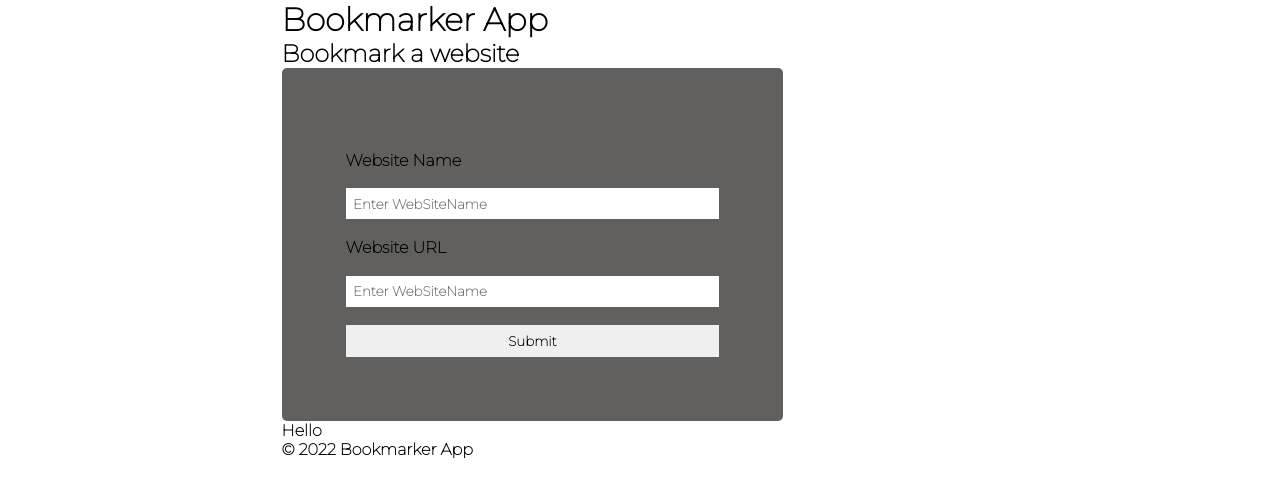
Repository: Suporl9/BookMarkerApp
Page: index.html
These files come from the project's save history. The page is drawn as it stood at one moment and after the next save; the edit follows.
The browser window is 1280 px wide. The pictures show the whole page.

Above is the page before, as saved 2021-11-21 20:46:44.

After the next save:
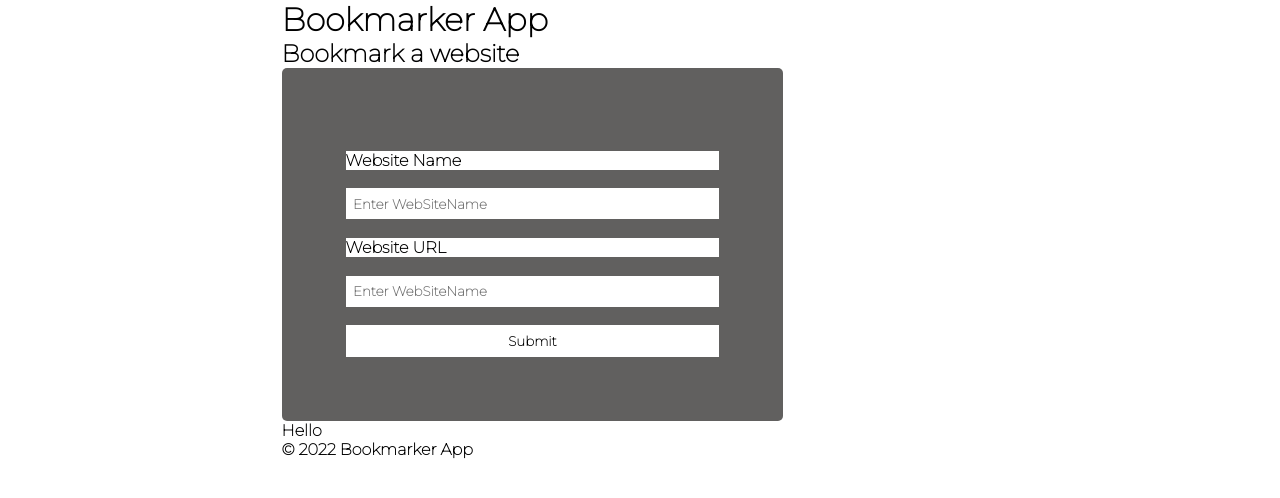
Saved 33 s later.
--- a/style.css
+++ b/style.css
@@ -5,7 +5,7 @@
   --main-grey: rgb(97, 96, 95);
 }
 * {
-  /* background-color: var(--main-bg-color); */
+  background-color: var(--main-bg-color);
   font-family: "Montserrat", sans-serif;
   box-sizing: border-box; /* includes padding in height and width(the box outside doesnot get bigger when adding padding and stuff)*/
   margin: 0;
@@ -14,7 +14,7 @@
   border: none;
 }
 .container {
-  background-color: var(--main-bg-color);
+  /* background-color: var(--main-bg-color); */
   font-family: "Montserrat", sans-serif;
   margin: auto;
   width: 80%;

After the save that followed:
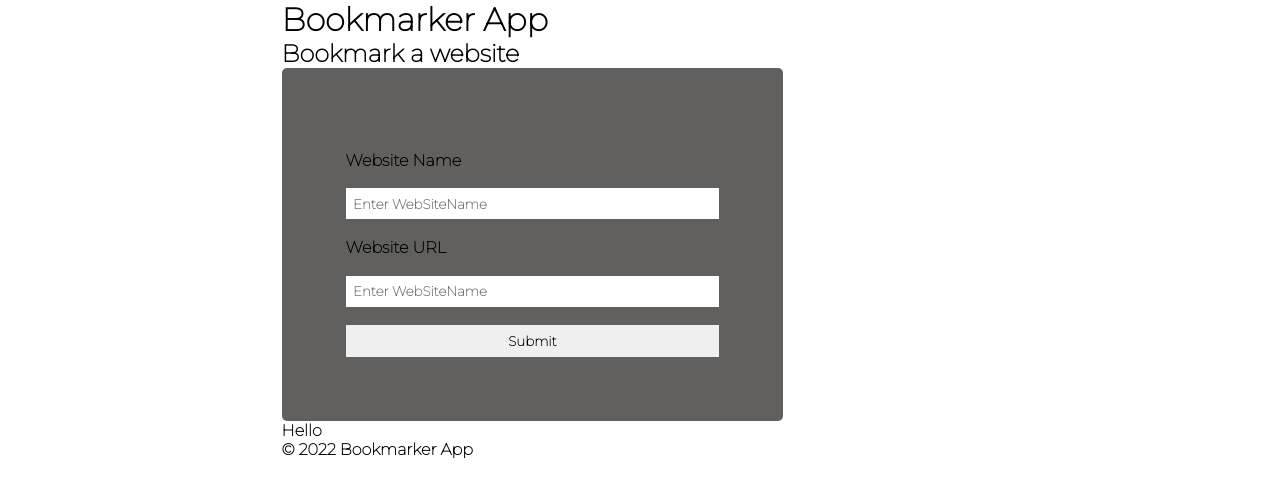
Saved 83 s later.
--- a/style.css
+++ b/style.css
@@ -5,7 +5,7 @@
   --main-grey: rgb(97, 96, 95);
 }
 * {
-  background-color: var(--main-bg-color);
+  /* background-color: var(--main-bg-color); */
   font-family: "Montserrat", sans-serif;
   box-sizing: border-box; /* includes padding in height and width(the box outside doesnot get bigger when adding padding and stuff)*/
   margin: 0;
